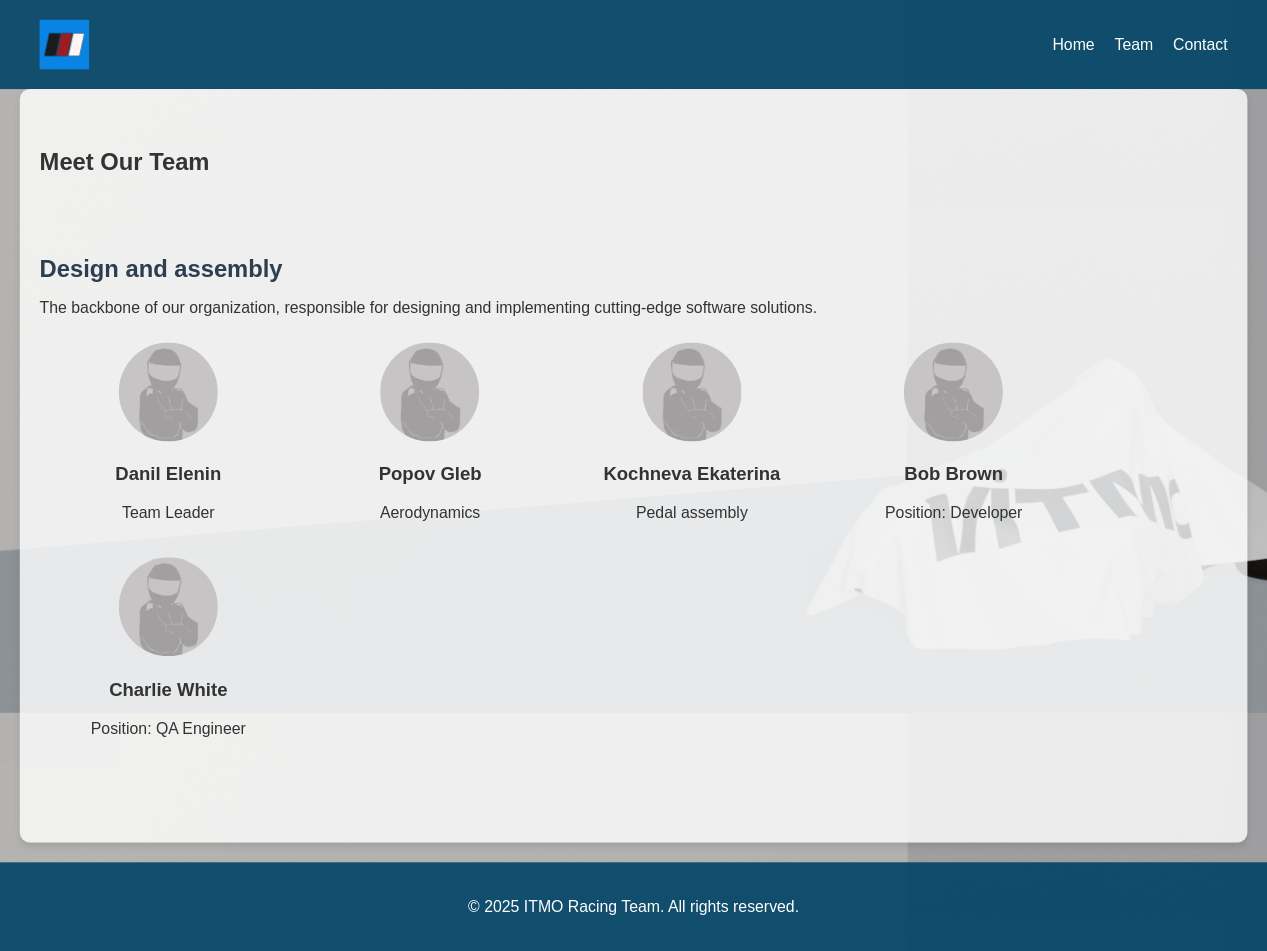
Repository: fs-itmo/fs-itmo.github.io
Page: team.html
The author's editor kept a copy of each file at every save. The page is drawn from the files as they stood at one save, then again after the next save.
The browser window is 1280 px wide. The pictures show the whole page, at 99% of full size.
Backgrounds fixed to the window are drawn as part of the page.

Above is the page before, as saved 2024-12-30 14:56:40.

### team.html
<!DOCTYPE html>
<html lang="en">
<head>
    <meta charset="UTF-8">
    <meta name="viewport" content="width=device-width, initial-scale=1.0">
    <title>Team - Autonomous Systems</title>
    <link rel="stylesheet" href="css/style.css">
</head>
<body>
    <header>
        <div class="container">
            <img src="assets/images/logo.png" alt="Logo" class="logo">
            <nav>
                <ul>
                    <li><a href="index.html">Home</a></li>
                    <li><a href="team.html" class="active">Team</a></li>
                    <li><a href="#contact">Contact</a></li>
                </ul>
            </nav>
        </div>
    </header>

    <section class="team-section">
        <h1>Meet Our Team</h1>

        <!-- Development Department -->
        <div class="team-department">
            <h2>Design and assembly</h2>
            <p>The backbone of our organization, responsible for designing and implementing cutting-edge software solutions.</p>
            <div class="team-member">
                <img src="assets/images/noname_pilot.png" alt="Danil Elenin">
                <h3>Danil Elenin</h3>
                <p>Team Leader</p>
            </div>
            <div class="team-member">
                <img src="assets/images/noname_pilot.png" alt="Popov Gleb">
                <h3>Popov Gleb</h3>
                <p>Aerodynamics</p>
            </div>
            <div class="team-member">
                <img src="assets/images/noname_pilot.png" alt="Kochneva Ekaterina">
                <h3>Kochneva Ekaterina</h3>
                <p>Pedal assembly</p>
            </div>
            <div class="team-member">
                <img src="assets/images/noname_pilot.png" alt="Bob Brown">
                <h3>Bob Brown</h3>
                <p>Position: Developer</p>
            </div>
            <div class="team-member">
                <img src="assets/images/noname_pilot.png" alt="Charlie White">
                <h3>Charlie White</h3>
                <p>Position: QA Engineer</p>
            </div>
        </div>

        <!-- Add more departments here if needed -->
    </section>

    <footer>
        <p>&copy; 2025 ITMO Racing Team. All rights reserved.</p>
    </footer>
</body>
</html>

### css/style.css
html, body {
    height: 100%;
    margin: 0;
    padding: 0;
}

body {
    font-family: Arial, sans-serif;
    margin: 0;
    padding: 0;
    color: #333;
    background: url('assets/images/title.png') no-repeat center center fixed;
    background-size: cover;
}

header {
    background-color: rgba(0, 68, 102, 0.9);
    padding: 20px 0;
}

header .container {
    display: flex;
    justify-content: space-between;
    align-items: center;
    max-width: 1200px;
    margin: 0 auto;
    padding: 0 20px;
}

header .logo {
    max-height: 50px;
}

header nav ul {
    list-style: none;
    display: flex;
    margin: 0;
    padding: 0;
}

header nav ul li {
    margin-left: 20px;
}

header nav ul li a {
    text-decoration: none;
    color: white;
    font-size: 16px;
}

section {
    padding: 40px 20px;
    max-width: 1200px;
    margin: 0 auto;
    background: rgba(255, 255, 255, 0.8);
    border-radius: 10px;
    box-shadow: 0 4px 8px rgba(0, 0, 0, 0.1);
}

/* section#home {
    background: rgba(244, 244, 244, 0.9);
    text-align: center;
    padding: 60px 20px;
    border-radius: 10px;
} */

section#home {
    background: url("../assets/images/title.png") no-repeat center center/cover;
    color: white;
    text-align: center;
    padding: 10px 10px;
    min-height: 100vh;
    width: 100vw;
}


footer {
    background-color: rgba(0, 68, 102, 0.9);
    color: white;
    text-align: center;
    padding: 20px 0;
    margin-top: 20px;
}

.team-section {
    display: flex;
    flex-direction: column;
    gap: 40px;
}
.team-department {
    margin-bottom: 40px;
}
.team-department h2 {
    color: #2c3e50;
    margin-bottom: 10px;
}


/* Team members layout */
.team-member {
    display: inline-block;
    width: 20%;
    text-align: center;
    margin: 10px;
}

.team-member img {
    width: 100px;
    height: 100px;
    border-radius: 50%;
    object-fit: cover;
}


/* автопилот
Новичков Дмитрий
Козак Борис
конструкторы
Попов Глеб
Кочнева Екатерина
Лоу Цзячэн
Шалаев Максим
Сидоренко Александр (пилот)
электротехника
Петриков Фёдор
Савченко Андрей
Ву Куньлунь
Тарасов Степан */

After the next save:
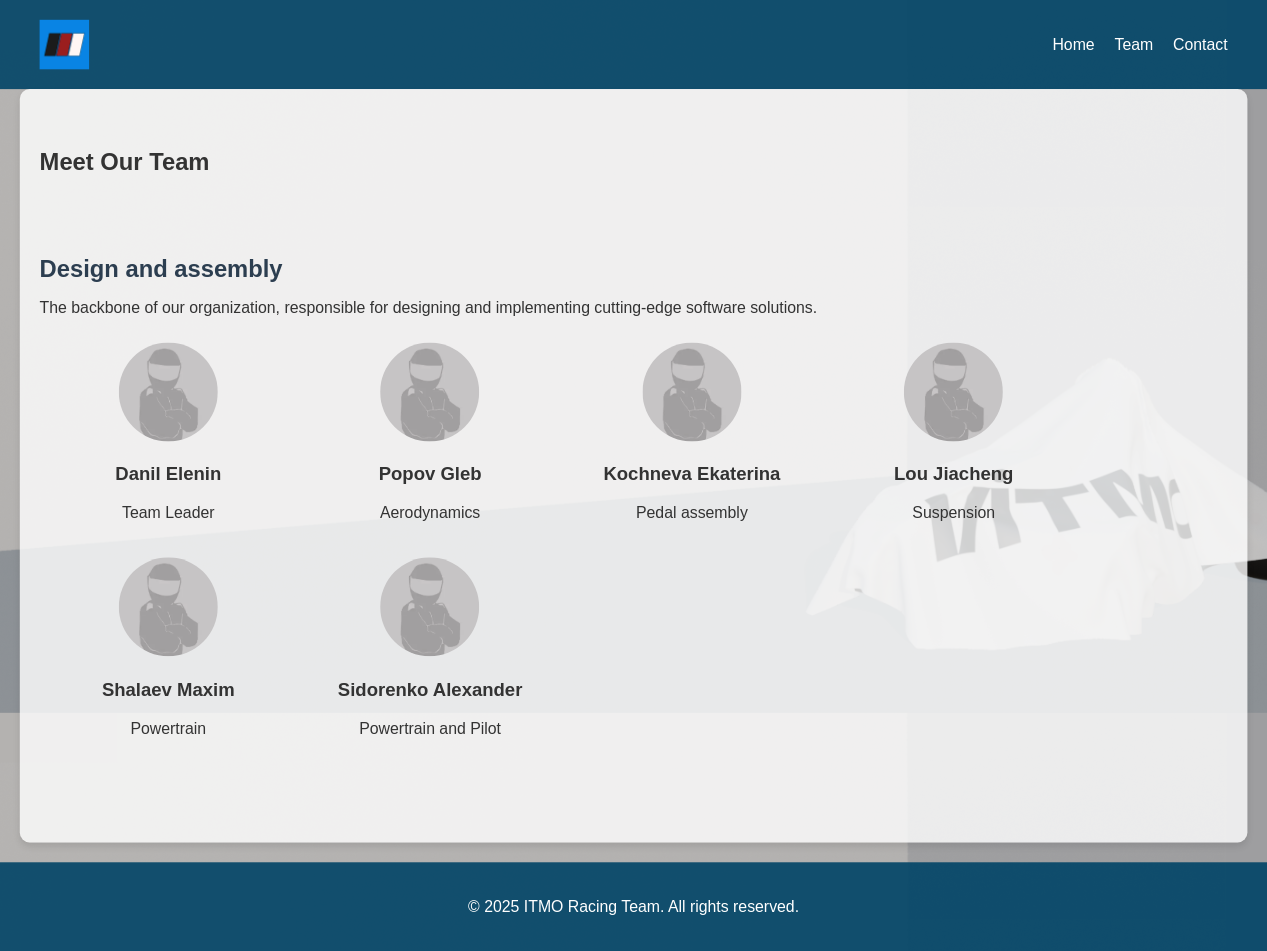
Saved 3 min 34 s later.
--- a/team.html
+++ b/team.html
@@ -43,15 +43,20 @@
                 <p>Pedal assembly</p>
             </div>
             <div class="team-member">
-                <img src="assets/images/noname_pilot.png" alt="Bob Brown">
-                <h3>Bob Brown</h3>
-                <p>Position: Developer</p>
+                <img src="assets/images/noname_pilot.png" alt="Lou Jiacheng">
+                <h3>Lou Jiacheng</h3>
+                <p>Suspension</p>
             </div>
             <div class="team-member">
-                <img src="assets/images/noname_pilot.png" alt="Charlie White">
-                <h3>Charlie White</h3>
-                <p>Position: QA Engineer</p>
+                <img src="assets/images/noname_pilot.png" alt="Shalaev Maxim">
+                <h3>Shalaev Maxim</h3>
+                <p>Powertrain</p>
             </div>
+            <div class="team-member">
+              <img src="assets/images/noname_pilot.png" alt="Sidorenko Alexander">
+              <h3>Sidorenko Alexander</h3>
+              <p>Powertrain and Pilot</p>
+          </div>
         </div>
 
         <!-- Add more departments here if needed -->
